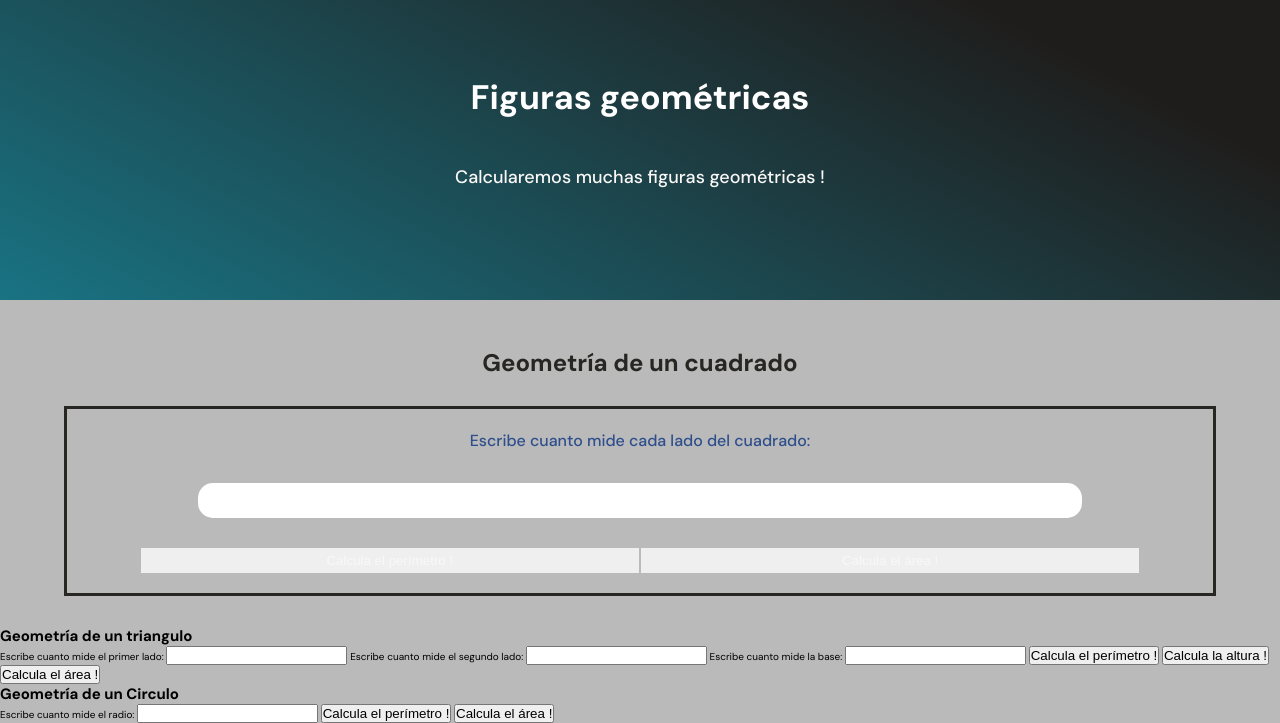
Repository: ChristianGecchelin/javascript-project
Page: javascript-project/figuras-geometricas/figuras.html
An editor plug-in stored every save of this project. The page is shown before and after the next save, followed by the edit.
The browser window is 1280 px wide. The pictures show the whole page.

Above is the page before, as saved 2021-12-01 23:57:22.

After the next save:
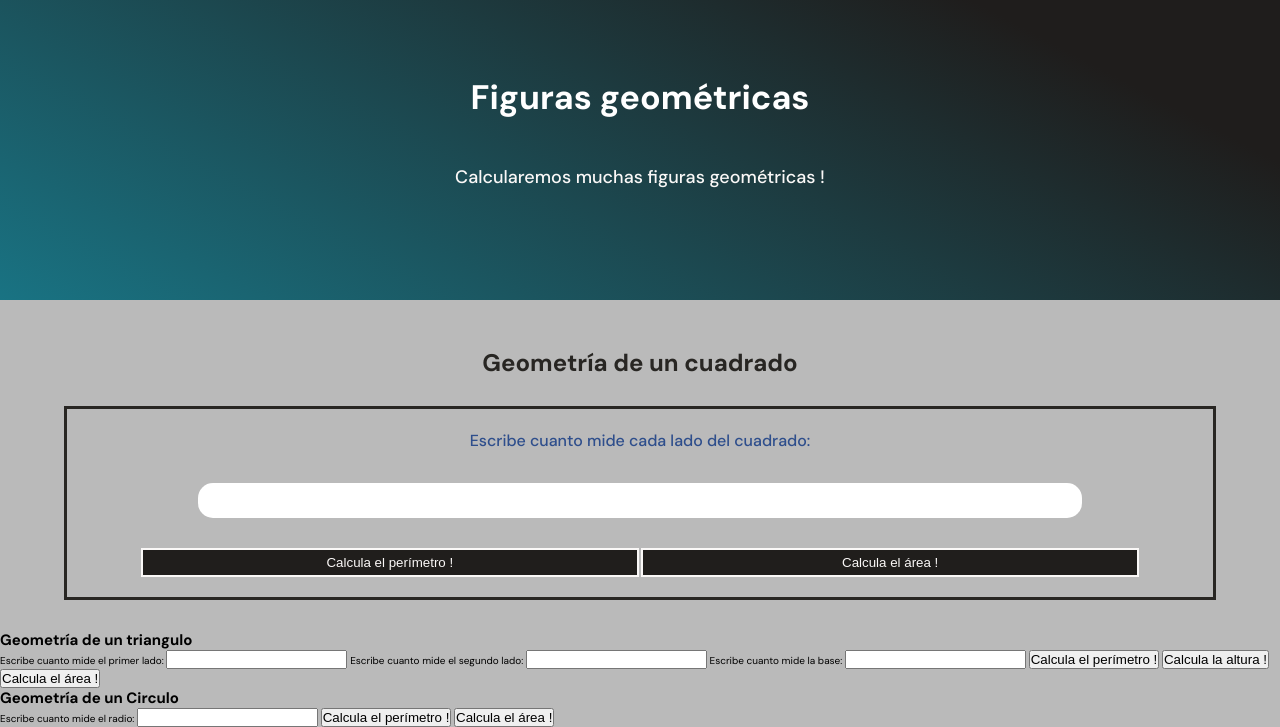
Saved 14 s later.
--- a/javascript-project/figuras-geometricas/style.css
+++ b/javascript-project/figuras-geometricas/style.css
@@ -108,7 +108,7 @@ main {
   width: 45%;
   height: auto;
   padding: 5px 10px;
-  border: 2px solid var(--off-white)
+  border: 2px solid var(--off-white);
   background-color: var(--warm-black);
   color: var(--off-white);
 }
